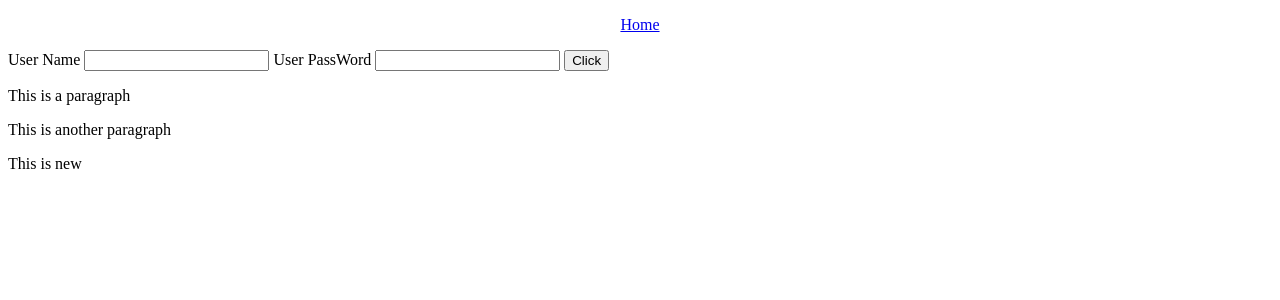
Repository: sauran/SapientTraining
Page: WebDemo/WebContent/Login.html
An editor plug-in stored every save of this project. The page is shown before and after the next save, followed by the edit.
The browser window is 1280 px wide. The pictures show the whole page.

Above is the page before, as saved 2015-09-16 11:06:10.

After the next save:
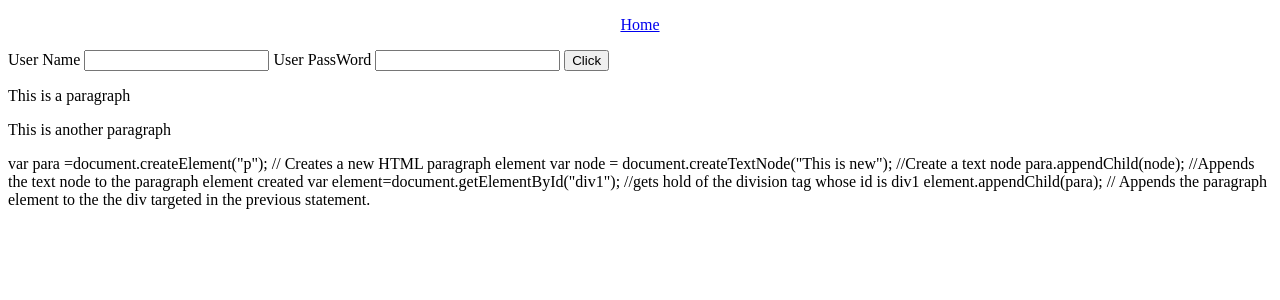
Console error: SyntaxError: Unexpected token '<'
Saved 15 s later.
--- a/WebDemo/WebContent/Login.html
+++ b/WebDemo/WebContent/Login.html
@@ -42,7 +42,8 @@
 <script>
 
 
-
+<input type ="button" value ="jhfj" onclick="checkCookie()">
+<script type="text/javascript" src = Cookie.js></script>
 
 var para =document.createElement("p");    // Creates a new HTML paragraph element
 
@@ -58,8 +59,7 @@
 <script type="text/javascript"   src = "code.js">
 
 
-<input type ="button" value ="jhfj" onclick="checkCookie()">
-<script type="text/javascript" src = Cookie.js></script>
+
 
 </script>
 

After the save that followed:
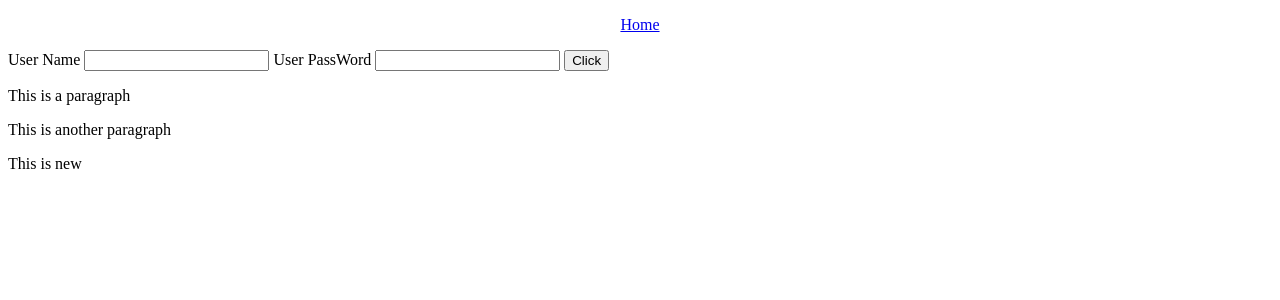
The error is gone.
Saved 29 s later.
--- a/WebDemo/WebContent/Login.html
+++ b/WebDemo/WebContent/Login.html
@@ -42,8 +42,7 @@
 <script>
 
 
-<input type ="button" value ="jhfj" onclick="checkCookie()">
-<script type="text/javascript" src = Cookie.js></script>
+
 
 var para =document.createElement("p");    // Creates a new HTML paragraph element
 
